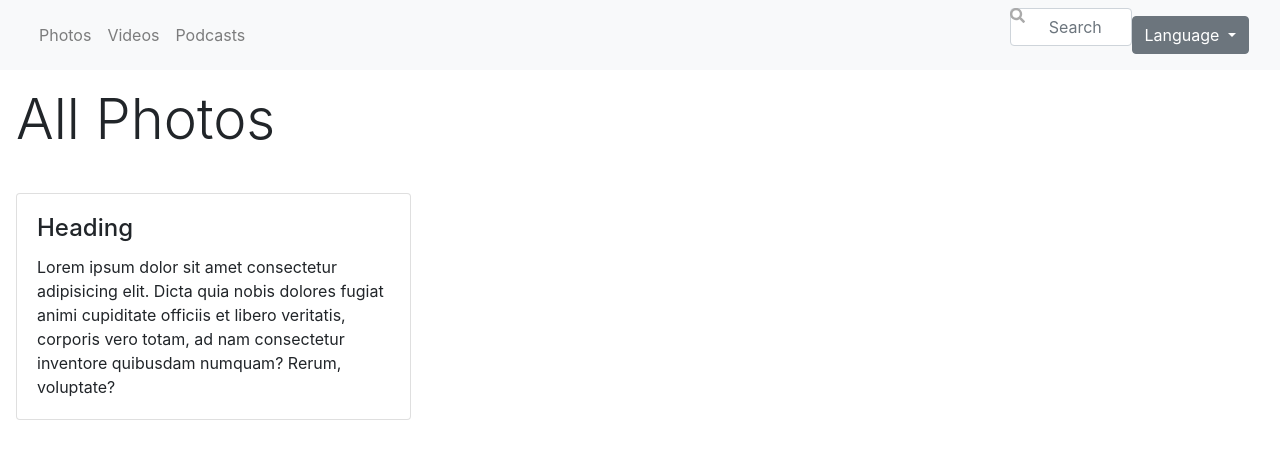
Repository: AlisaSkryp/photoblog
Page: index.html
These files come from the project's save history. The page is drawn as it stood at one moment and after a run of saves; the edit follows.
The browser window is 1280 px wide. The pictures show the whole page.
Some web libraries are served in a nearby version.

Above is the page before, as saved 2023-04-09 20:21:15.

After the next 3 saves:
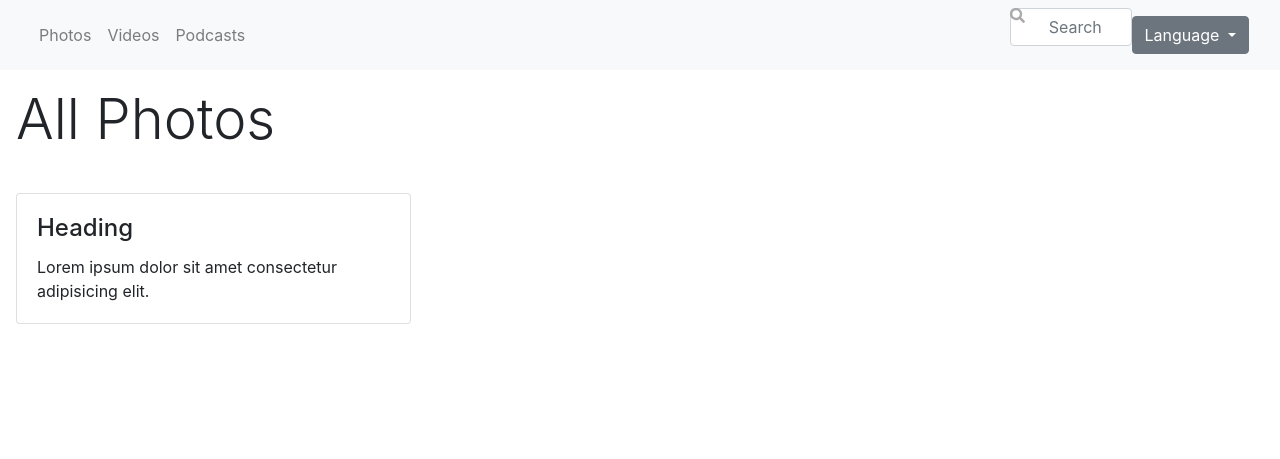
The 3 saves are shown as one change because they came seconds apart.
The last was saved 7 s later.
--- a/index.html
+++ b/index.html
@@ -90,7 +90,7 @@
 				<img class="card-img-top" src="">
 				<div class="card-body">
 					<h4 class="card-title">Heading</h4>
-					<p class="card-text">Lorem ipsum dolor sit amet consectetur adipisicing elit. Dicta quia nobis dolores fugiat animi cupiditate officiis et libero veritatis, corporis vero totam, ad nam consectetur inventore quibusdam numquam? Rerum, voluptate?</p>
+					<p class="card-text">Lorem ipsum dolor sit amet consectetur adipisicing elit.</p>
 				</div>
 			</div>
 		</div>
